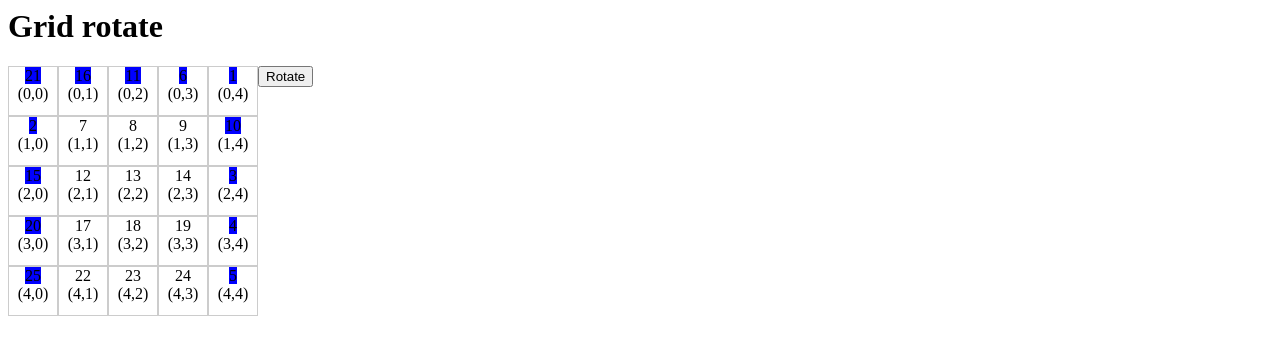
Repository: rashko/rotatematrix
Page: index.html
The author's editor kept a copy of each file at every save. The page is drawn from the files as they stood at one save, then again after the next save.
The browser window is 1280 px wide. The pictures show the whole page.
After loading, the first visible `#rotator` was clicked once.

Above is the page before, as saved 2018-07-07 22:50:25.

After the next save:
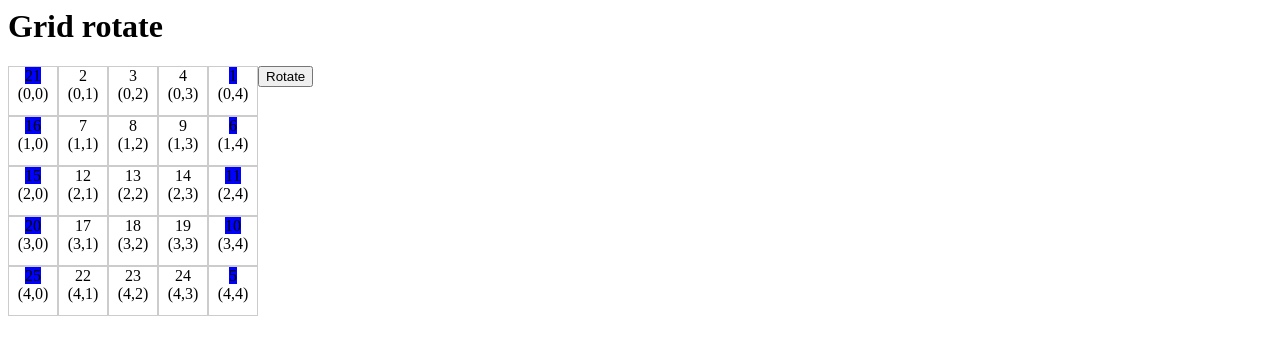
Saved 58 s later.
--- a/index.html
+++ b/index.html
@@ -84,7 +84,7 @@ function rotGroup(x, y){
     GRID_SIZE, x            => bottom left
     */
 
-    var topLeft = matrix[top][left];
+    var topLeft = matrix[left][top];
     var bottomLeft = matrix[right][top];
     var bottomRight = matrix[right][bottom];
     var topRight = matrix[left][bottom];
